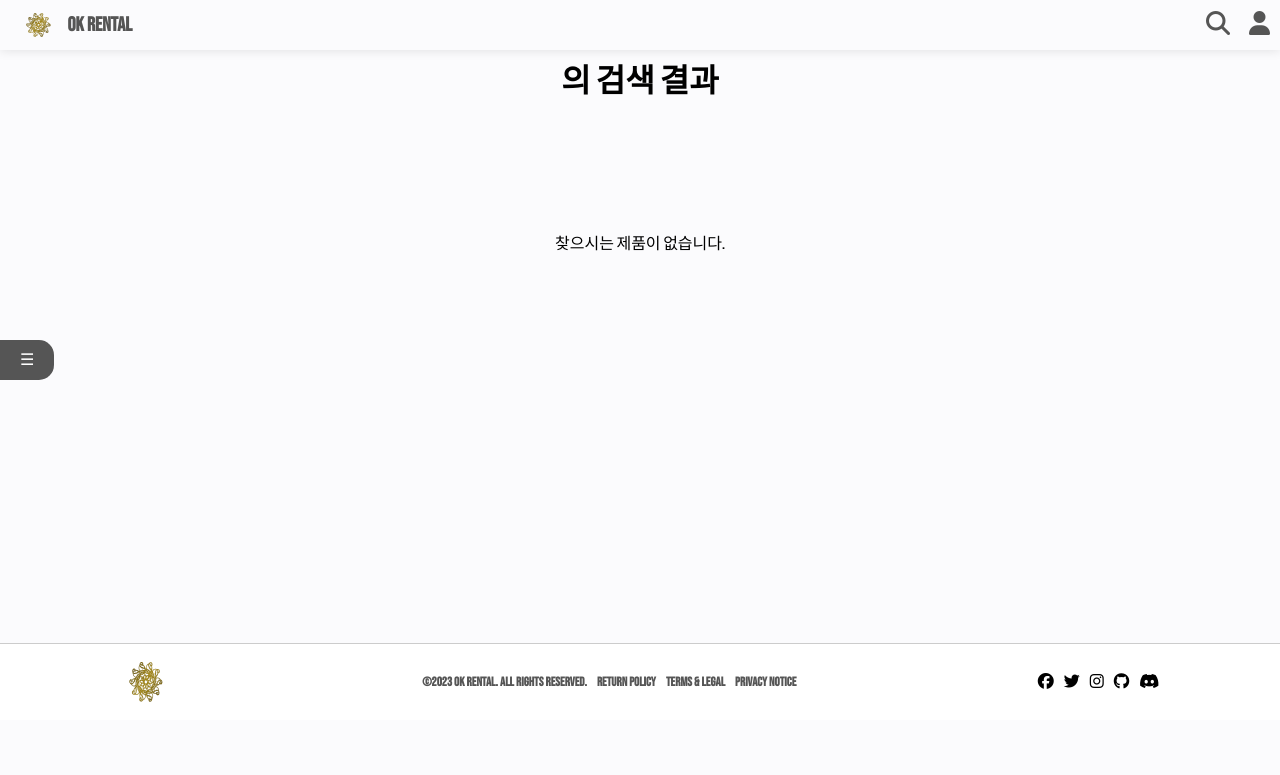
Repository: bbqju13/52si
Page: http://localhost/spring/WEB-INF/views/product/searchResult.jsp
These files come from the project's save history. The page is drawn as it stood at one moment and after the next save; the edit follows.
The browser window is 1280 px wide. The pictures show the whole page.
Some web libraries are served in a nearby version. The page is served by Tomcat 9. Nobody is signed in. Other server files are loaded and not shown. The template is opened directly, without the code that normally fills it, so the values that code supplies are empty.

Above is the page before, as saved 2023-07-26 00:42:56.
Console error: TypeError: Cannot read properties of null (reading 'addEventListener')

### spring/src/main/webapp/WEB-INF/views/product/searchResult.jsp
<%@ page language="java" contentType="text/html; charset=UTF-8"
	pageEncoding="UTF-8"%>
<%@ taglib prefix="c" uri="http://java.sun.com/jsp/jstl/core"%>
<%@ taglib uri="http://java.sun.com/jsp/jstl/functions" prefix="fn"%>
<!DOCTYPE html>
<html lang="en">
<head>
<meta charset="UTF-8">
<meta name="viewport" content="width=device-width, initial-scale=1.0">
<script src="https://kit.fontawesome.com/e927512ef5.js"
	crossorigin="anonymous"></script>
<script
	src="https://ajax.googleapis.com/ajax/libs/jquery/3.5.1/jquery.min.js"></script>
<link rel="preconnect" href="https://fonts.gstatic.com" crossorigin>
<link
	href="https://fonts.googleapis.com/css2?family=Bebas+Neue&display=swap"
	rel="stylesheet">
<link href="https://fonts.googleapis.com/icon?family=Material+Icons"
	rel="stylesheet">
<title>List</title>
<link rel="stylesheet" href="/resources/css/product/list.css">
<link rel="stylesheet" href="/resources/css/HF.css">
</head>
<style>
</style>
<body>
	<!-- 헤더 -->
	<header>
		<div class="container">
			<div class="header">
				<a href="/home">
					<div class="logo-title">
						<img src="/resources/img/logo2.svg" alt="">
						<h1 class="title" style="color: #555;">OK Rental</h1>
					</div>
				</a>
				<!-- 우측에 위치 -->
				<div class="header-right">
					<div class="info">
						<i class="fa-sharp fa-solid fa-user fa-xl" style="color: #555;"
							onclick="toggleTooltip();"></i>
						<div id="tooltip" class="speech-bubble">
							<c:if test="${ses.cid == null }">
								<a href="/user/signup">회원가입</a>
								<br>
								<a href="/user/login">로그인</a>
							</c:if>
							<c:if test="${ses.cid != null }">
								<a href="/user/modify">회원정보수정</a>
								<br>
								<a href="/user/logout">로그아웃</a>
							</c:if>
						</div>
					</div>

					<!-- 230710 서치 -->
					<div class="search">
						<span id="search"> <i
							class="fa-solid fa-magnifying-glass fa-xl" style="color: #555;"></i>
						</span>
					</div>
				</div>
			</div>
		</div>
		<div id="myOverlay" class="overlay">
			<span class="closebtn" onclick="closeSearch()" title="Close Overlay">×</span>
			<div class="overlay-content">
				<form action="/product/search" method="get">
					<div class="search-container">
						<h1 style="color: white;">Quickly Search Site</h1>
						<div class="search-box">
							<input type="text" placeholder="Search.." name="search"
								class="search-input">
							<button class="search-box-btn" type="submit" style="color: #555;">Search</button>
						</div>
					</div>
				</form>
				<div class="quickly">
					<ul>
						<li><i class="fa-solid fa-arrow-right fa-xs"
							style="color: #ffffff;"></i> <a href="/product/search?search=다이슨"> dyson</a></li>
						<li><i class="fa-solid fa-arrow-right fa-xs"
							style="color: #ffffff;"></i> <a href="/product/search?search=엘지"> lg </a></li>
						<li><i class="fa-solid fa-arrow-right fa-xs"
							style="color: #ffffff;"></i> <a href="/product/search?search=쿠쿠"> cuckoo </a></li>
						<li><i class="fa-solid fa-arrow-right fa-xs"
							style="color: #ffffff;"></i> <a href="/product/search?search=코웨이"> coway </a></li>
					</ul>
				</div>
			</div>
		</div>

		<div id="blurryPart" class="blurry-part"></div>
		<!-- 230710 서치 -->
	</header>
	<!-- 헤더시마이 -->
	<h1 class="h1">${searchKeyword}의 검색 결과</h1>
	<c:choose>
		<c:when test="${empty searchDtoList}">
        	<p id="emptyPara">찾으시는 제품이 없습니다.</p>
        </c:when>
        <c:otherwise>
        	<div id="dtoListDiv">
				<ul>
				<c:forEach items="${searchDtoList}" var="dto">
		            <li>
		                <a href="/product/detail?pno=${dto.pvo.pno}">
		                    <span class="img-wrapper">
		                        <span class="img-container">
		                            <c:forEach items="${dto.flist}" var="fvo">
		                                <img alt="image" src="/upload/${fn:replace(fvo.save_dir, '\\','/')}/${fvo.uuid}_th_${fvo.file_name}">
		                            </c:forEach>
		                        </span>
		                    </span>
		                    <span class="badge-container">
		                        <img src="/resources/img/pc_best.png" alt="Best" class="badge">
		                        <img src="/resources/img/pc_new.png" alt="New" class="badge">
		                    </span>
		                    <span class="info-1">${dto.pvo.pname}</span>
		                    <span class="info-2">${dto.pvo.price}</span>
		                    <span class="info-3">${dto.pvo.content}</span>
		                </a>
		            </li>
				</c:forEach>
				</ul>
			</div>
        </c:otherwise>
	</c:choose>
	<div class="nav-btn" id="nav-btn">☰</div>

	<div class="nav-bar" id="nav-bar">
		<a href="#">service</a> <a href="#">address</a> <a href="#">project</a>
		<a href="#">phone</a>
	</div>

	<!-- top btn -->
	<button onclick="topFunction()" id="top-button" title="Go to top">
		<div>
			<i class="fa-solid fa-caret-up fa-lg" style="color: #ffffff;"></i>
		</div>
		Top
	</button>

	<!-- 푸터 -->
	<footer>
		<div class="footer" style="background-color: white;">
			<div class="ft-logo">
				<img src="/resources/img/logo2.svg" alt="" width="50px"
					height="50px">
			</div>
			<div class="footinfo">
				<span><h6>©2023 Ok RENTAL. All Rights Reserved.</h6></span> <span><h6>RETURN
						POLICY</h6></span> <span><h6>TERMS & LEGAL</h6></span> <span><h6>PRIVACY
						NOTICE</h6></span>
			</div>
			<div class="footsns">
				<a href="https://www.facebook.com/login/?locale=ko_KR"><i
					class="fa-brands fa-facebook" style="color: #000000;"></i></a> <a
					href="https://twitter.com/i/flow/login?input_flow_data=%7B%22requested_variant%22%3A%22eyJsYW5nIjoia28ifQ%3D%3D%22%7D"><i
					class="fa-brands fa-twitter" style="color: #000000;"></i></a> <a
					href="https://www.instagram.com/"><i
					class="fa-brands fa-instagram" style="color: #000000;"></i></a> <a
					href="https://github.com/login"><i class="fa-brands fa-github"
					style="color: #000000;"></i></a> <a href="https://discord.com/login"><i
					class="fa-brands fa-discord" style="color: #000000;"></i></a>
			</div>
		</div>
	</footer>
	<script src="/resources/js/HF.js"></script>
	<script src="/resources/js/product/list.js"></script>
	<!-- 푸터시마이 -->
	<script>

	</script>
</body>
</html>

### spring/src/main/webapp/resources/css/product/list.css
body {
    background-color: #fbfbfd;
    text-align: center;
    margin: 0;
    padding: 0;
    height: 100vh;
}

.h1{
    margin-top: 55px;
    margin-bottom: 0;
}

#dtoListDiv {
    width: 80%;
    margin: 0 auto;
    padding: 20px;
}

#dtoListDiv ul {
    padding: 0;
    margin: 0 0 80px 0;
    list-style: none;
    display: grid;
    grid-template-columns: repeat(auto-fill, minmax(250px, 1fr));
    grid-gap: 20px;
    justify-content: center;
}

#dtoListDiv ul li {
    height: 500px;
    box-shadow: 0px 0px 10px 0px rgba(0,0,0,0.1);
    background: white;
    border-radius: 10px;
    overflow: hidden;
}

#dtoListDiv ul li a {
    display: block;
    text-decoration: none;
    color: black;
    position: relative;
    height: 100%;
    padding: 20px;
    transition: all 0.3s ease-in-out;
}

#dtoListDiv ul li a .img-container img:hover {
    transform: scale(1.03); /* 이미지만 확대 */
}

#dtoListDiv ul li a .img-container {
    width: 100%;
    display: flex;
    justify-content: center;
    align-items: center;
    height: 50%;
    margin-top: 20px;
    margin-bottom: 20px;
    overflow: hidden; /* 이미지가 컨테이너를 벗어나는 것을 방지 */
}

#dtoListDiv ul li a .img-container img {
    max-width: 100%;
    max-height: 100%;
    object-fit: contain;
    transition: all 0.3s ease-in-out; /* 이미지 확대 애니메이션 */
}

#dtoListDiv ul li a .badge-container {
    position: absolute;
    top: 10px;
    right: 10px;
}

#dtoListDiv ul li a .badge-container img {
    width: 40px;
    height: 40px;
}

.info-1 {
    display: block;
    margin: 5px 0;
    margin-top: 60px;
}

.info-2, .info-3 {
    display: block;
    margin: 5px 0;
}

#dtoListDiv ul li:hover{
	border: 2px solid #007AFF;
}

.nav-btn {
    position: fixed;
    left: 0;
    top: 50%;
    transform: translateY(-50%);
    padding: 10px 20px;
    background: #555;
    color: #fff;
    cursor: pointer;
    z-index: 2;
    border-top-right-radius: 15px;
    border-bottom-right-radius: 15px;
}

.nav-btn:hover {
    background: #555; /* 변경: 호버 시 버튼이 사라지는 대신 색상이 변경됩니다. */
}

.nav-bar {
    position: fixed;
    height: 100%;
    width: 0;
    top: 0;
    left: 0;
    background: #555;
    z-index: 9999;
    overflow: hidden;
    transition: 0.5s;
    display: flex;
    flex-direction: column;
    align-items: center;
    justify-content: center;
    border-top-right-radius: 15px;
    border-bottom-right-radius: 15px;
}

.nav-bar a {
    padding: 20px;
    color: #fff;
    text-decoration: none;
    transition: 0.3s;
    border-radius: 15px;
}

.nav-bar a:hover {
    background: #555;
}
/* top btn */
#top-button {
    display: none; /* 기본적으로 버튼이 보이지 않도록 설정 */
    position: fixed;
    bottom: 120px; /* 하단에서 20px 떨어진 위치에 배치 */
    left: 30px; /* 좌측에서 30px 떨어진 위치에 배치 */
    z-index: 99; /* 다른 요소들 위에 보이도록 z-index 설정 */
    border: none;
    outline: none;
    background-color: #555; /* 배경색은 원하는 색으로 설정 */
    color: white; /* 글자 색은 원하는 색으로 설정 */
    cursor: pointer;
    padding: 15px;
    border-radius: 10px;
}
/* 스크롤바 커스텀 */
::-webkit-scrollbar {
    width: 0.7rem;
  }

  ::-webkit-scrollbar-thumb {
    border-radius: 1rem;
    background: #c5c5c5;
    transition: all 0.5s ease-in-out;
  }

  ::-webkit-scrollbar-thumb:hover {
    background: #222224;
  }

  ::-webkit-scrollbar-track {
    background: #f9f9f9;
  }

#emptyPara {
	margin-top: 8rem;
}

### spring/src/main/webapp/resources/css/HF.css
* {
    font-family: 'Bebas Neue', sans-serif;
}
a{
    text-decoration: none;
    color: black;
}
/* header */
.container {
    display: flex;
    justify-content: space-between;
    align-items: center;
    width: 100% !important;
    height: 50px;
    position: fixed;
    top: 0;
    z-index: 999;
    box-shadow: 0px 1px 10px 0px rgba(0,0,0,0.1);
}
.logo-title {
    display: flex;
    align-items: center;
    margin-left: 20px;
}
.logo-title img {
    height: 30px;
}
.logo-title h1 {
    margin-left: 10px;
    color: black;
    font-size: 20px;
}
.header {
    display: flex;
    justify-content: space-between; /* header 내부 요소들을 좌우 양쪽으로 분배 */
    width: 100% !important; /* header 요소의 너비를 최대로 설정 */
}
.header-right {
    display: flex;
    justify-content: flex-end; /* 우측에 위치하는 요소들을 우측 끝으로 정렬 */
}

@media screen and (max-width: 1669px) {
    .header {
        flex-direction: column;
        align-items: start;
        width: 100%;
    }
}
/* 회원가입 / 검색 */
.info, .search{
    margin-top: 5px;
}
.info>a{
color: black;
top: 0;
right: 0;
display: inline-block;
margin-right: 10px;
}
span:hover{
cursor: pointer;
}
#tooltip>a{
color: white;
text-align: center;
}
.info {
    position: absolute;
    top: 10px;
    right: 10px;
}

#tooltip {
    position: absolute;
    top: 40px;
    right: -10px;
    display: none;
    color: #ffffff;
    background: #00000069;
    border-radius: .4em;
    padding: 10px;
    white-space: nowrap;
    z-index: 9999;
}

.speech-bubble {
    background: #00000069;
    border-radius: .4em;
    padding: 10px;
    white-space: nowrap;
}

.speech-bubble:after {
    content: '';
    position: absolute;
    top: 0;
    left: 83%;
    transform: translate(-50%, -100%);
    width: 0;
    height: 0;
    border: 10px solid transparent;
    border-bottom-color: #00000069;
}
.fa-sharp{
    cursor: pointer;
}

/* 230710 서치 수정 */
.overlay {
    height: 0%;
    width: 100%;
    position: fixed;
    z-index: 99999;
    top: 0;
    left: 0;
    background-color: #fbfbfd;
    background-color: rgba(116, 112, 112, 0.836);
    overflow-x: hidden;
    transition: 0.5s;
    border-bottom-left-radius: 30px;
    border-bottom-right-radius: 30px;
  }

  .overlay-content {
    position: relative;
    top: 25%;
    width: 100%;
    text-align: left;
    margin-top: 30px;
    margin-left: 20px;
  }
  .overlay-content h1 {
  font-size: 1.5em;
  margin-bottom: 10px;
}

.overlay .closebtn {
    position: absolute;
    top: 20px;
    right: 45px;
    font-size: 60px;
    cursor: pointer;
    color: white;
}

.blurry-part {
    height: 0%;
    backdrop-filter: blur(8px);
    position: fixed;
    bottom: 0;
    width: 100%;
    transition: 0.5s;
}

@media screen and (max-height: 100%) {
  .overlay a {font-size: 20px}
  .overlay .closebtn {
    font-size: 40px;
    top: 15px;
    right: 35px;
  }
}

.overlay-content ul li{
    list-style-type: none;
}

.overlay-content li{
    color: white;
    font-size: 24px;
}
.search-container {
    width: 95%;
    box-sizing: border-box;
  }
  .search-container h1{
    text-align: center;
  }

  .search-box {
    display: flex;
    align-items: center;
    background: white;
    border-radius: 4px;
  }

  .search-input {
    flex: 1;
    border: none;
    outline: none;
    padding: 10px 20px;
    font-size: 16px;
    color: #333;
    border-top-left-radius: 4px;
    border-bottom-left-radius: 4px;
  }

  .search-box button {
    padding: 10px 20px;
    border: none;
    background: linear-gradient(to bottom, #f5f6f7, #e7e8e9);
    color: #333;
    font-size: 16px;
    cursor: pointer;
    transition: all 0.3s;
    outline: none;
    border-radius: 4px;
  }

  .search-box button:hover {
    background: linear-gradient(to bottom, #e7e8e9, #d6d7d8);
  }

  .quickly ul {
    padding: 0;
    list-style: none;
  }

  .quickly ul li {
    margin-bottom: 10px;
  }

  .quickly ul li a {
    color: white;
    text-decoration: none;
    font-size: 20px;
  }
  .search {
    position: absolute;
    top: 10px;
    right: 50px;
}

/* 230710 서치 수정끝 */

/* footer */
footer {
    position: fixed;
    bottom: 0;
    width: 100%;
}
.footer {
    display: flex;
    justify-content: space-around;
    align-items: center;
    border-top: 1px solid #ccc;
}

.footer div {
    display: flex;
    align-items: center;
    gap: 10px;
}

.footinfo, .footsns {
    flex-direction: row;
    gap: 10px;
}

.footsns a {
    color: #555;
    text-decoration: none;
}

.ft-logo img, .footinfo h6 {
    font-size: 0.8em;
    color: #555;
}

.ft-logo{
    margin-right: 5px;
}

.gender-selection {
    display: flex;
    justify-content: center;
    gap: 10px;
    margin-bottom: 10px;
}

.gender-icon {
    cursor: pointer;
    transition: color 0.3s;
}

.gender-icon.selected {
    color: #007AFF;
}
.ft-logo{
    margin-right: 10px;
}
.footsns{
    text-align: center;
}

### spring/src/main/webapp/resources/js/HF.js
function toggleTooltip() {
    var tooltip = document.getElementById("tooltip");
    tooltip.style.display = tooltip.style.display === "block" ? "none" : "block";
}


// 검색창 변경 overlay search
function openSearch() {
  document.getElementById("myOverlay").style.height = "45%";
  document.getElementById("blurryPart").style.height = "55%";
}

function closeSearch() {
  document.getElementById("myOverlay").style.height = "0%";
  document.getElementById("blurryPart").style.height = "0%";
}

document.getElementById('search').addEventListener('click', function() {
  openSearch();
});

document.addEventListener("DOMContentLoaded", function() {
    // 정보 버튼(info-button) 클릭 시 동작
    document.getElementById("info-button").addEventListener("click", function() {
      var infoModal = document.getElementById("info-modal");
      infoModal.style.display = "block";
      infoModal.style.width = "0px";
      infoModal.style.height = "0px";
      infoModal.animate([
        { width: "0px", height: "0px" },
        { width: "260px", height: "550px", opacity: 1 }
      ], {
        duration: 500,
        fill: "forwards"
      });
    });

    // 정보 모달(info-modal) 닫기 버튼(close-button) 클릭 시 동작
    document.getElementById("close-button").addEventListener("click", function() {
      var infoModal = document.getElementById("info-modal");
      infoModal.animate([
        { width: "260px", height: "550px", opacity: 1 },
        { width: "0px", height: "0px", opacity: 0 }
      ], {
        duration: 1500,
        fill: "forwards"
      }).onfinish = function() {
        infoModal.style.display = "none";
      };
    });

    // 관리자 버튼(admin-button-left) 클릭 시 동작
    document.getElementById("admin-button-left").addEventListener("click", function() {
      var adminModal = document.getElementById("admin-modal-left");
      adminModal.style.display = "block";
      adminModal.style.width = "0px";
      adminModal.style.height = "0px";
      adminModal.animate([
        { width: "0px", height: "0px" },
        { width: "260px", height: "550px", opacity: 1 }
      ], {
        duration: 500,
        fill: "forwards"
      });
    });

    // 관리자 모달(admin-modal-left) 닫기 버튼(close-button-admin-left) 클릭 시 동작
    document.getElementById("close-button-admin-left").addEventListener("click", function() {
      var adminModal = document.getElementById("admin-modal-left");
      adminModal.animate([
        { width: "260px", height: "550px", opacity: 1 },
        { width: "0px", height: "0px", opacity: 0 }
      ], {
        duration: 1500,
        fill: "forwards"
      }).onfinish = function() {
        adminModal.style.display = "none";
      };
    });
  });

### spring/src/main/webapp/resources/js/product/list.js
var navBar = document.getElementById('nav-bar');
        var navBtn = document.getElementById('nav-btn');

        navBtn.addEventListener('mouseenter', function() {
            navBar.style.width = '300px';
        });

        navBar.addEventListener('mouseleave', function() {
            navBar.style.width = '0';
        });

        // top btn
var topButton = document.getElementById("top-button");

        // 스크롤을 내리면 버튼이 나타나도록 하는 함수
        window.onscroll = function() {scrollFunction()};

        function scrollFunction() {
            if (document.body.scrollTop > 100 || document.documentElement.scrollTop > 100) {
                topButton.style.display = "block";
            } else {
                topButton.style.display = "none";
            }
        }

        // 버튼 클릭 시 스크롤이 부드럽게 상단으로 이동하도록 하는 함수
        function topFunction() {
            window.scrollTo({top: 0, behavior: 'smooth'});
        }

Loaded but not shown: spring/src/main/webapp/resources/img/logo2.svg (784 lines, source omitted)

After the next save:
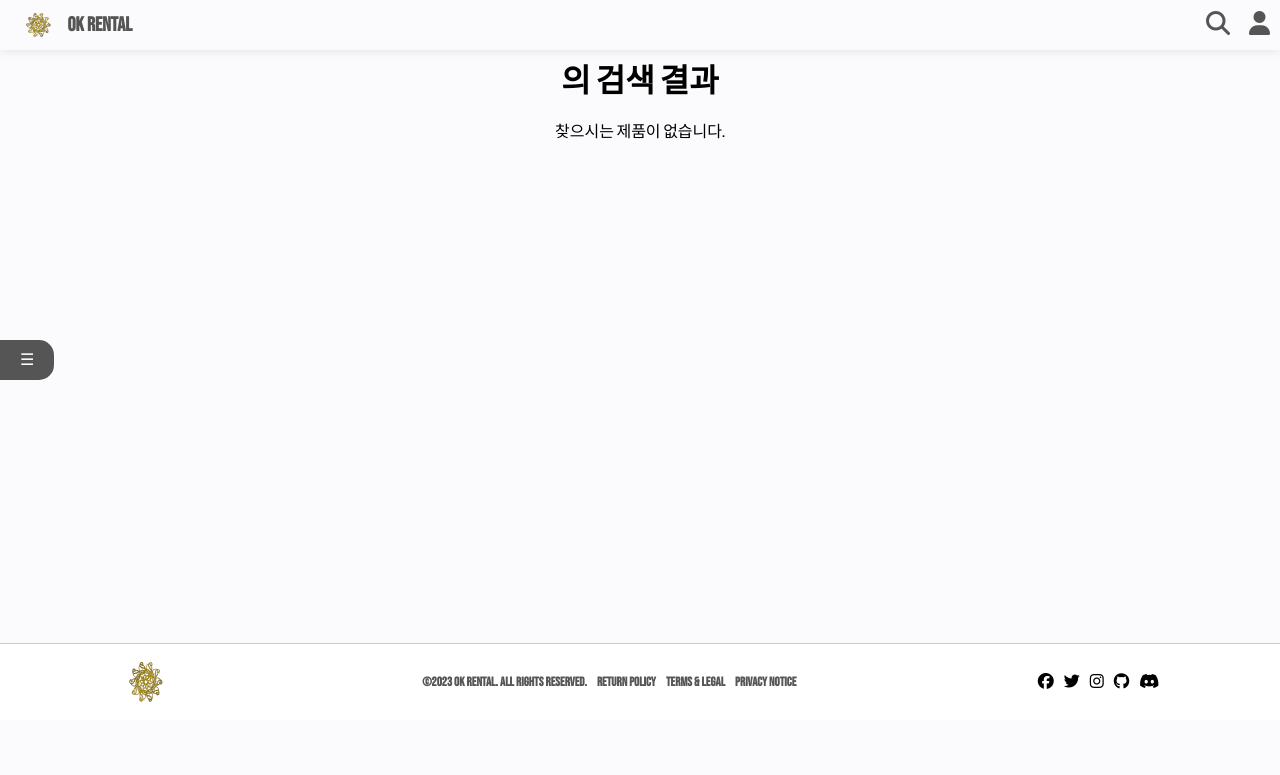
Saved 88 s later.
--- a/spring/src/main/webapp/WEB-INF/views/product/searchResult.jsp
+++ b/spring/src/main/webapp/WEB-INF/views/product/searchResult.jsp
@@ -97,7 +97,7 @@
 	<h1 class="h1">${searchKeyword}의 검색 결과</h1>
 	<c:choose>
 		<c:when test="${empty searchDtoList}">
-        	<p id="emptyPara">찾으시는 제품이 없습니다.</p>
+        	<p class="emptyPara">찾으시는 제품이 없습니다.</p>
         </c:when>
         <c:otherwise>
         	<div id="dtoListDiv">

After the save that followed:
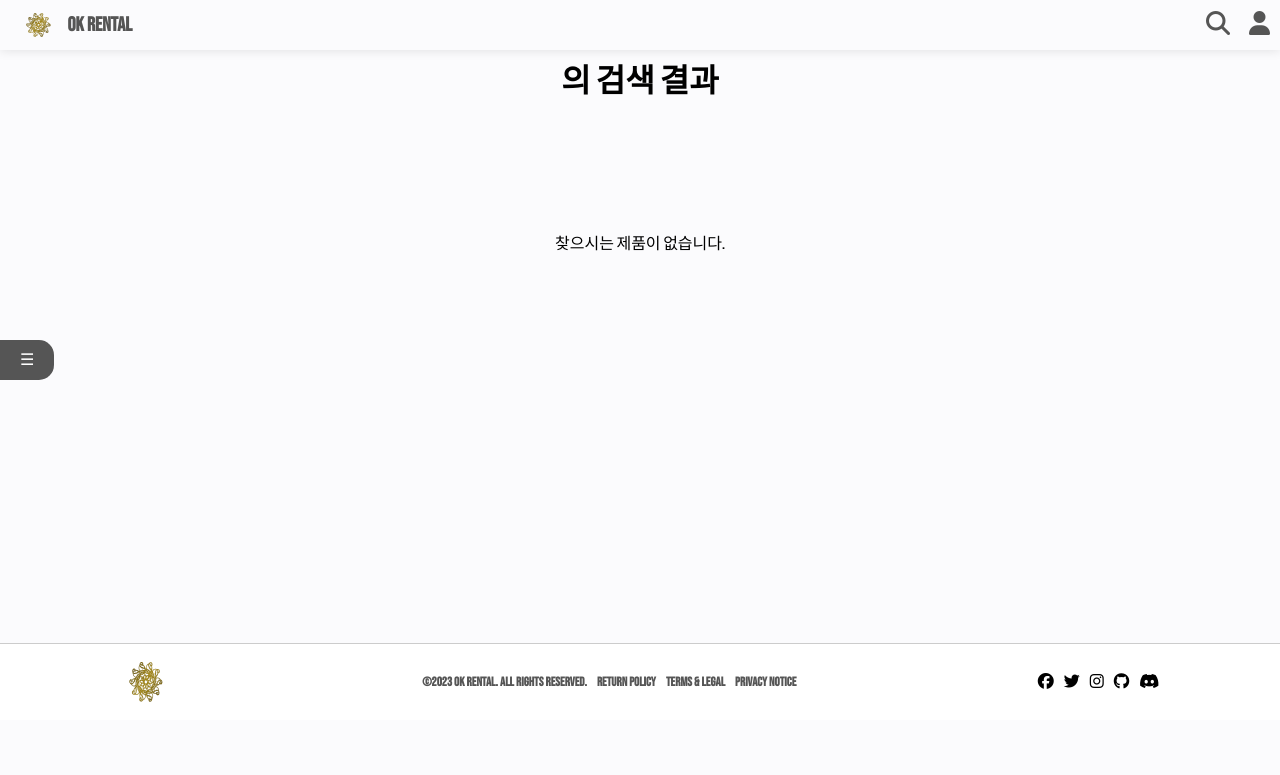
Saved 4 s later.
--- a/spring/src/main/webapp/resources/css/product/list.css
+++ b/spring/src/main/webapp/resources/css/product/list.css
@@ -174,6 +174,6 @@ body {
     background: #f9f9f9;
   }
 
-#emptyPara {
+.emptyPara {
 	margin-top: 8rem;
 }
